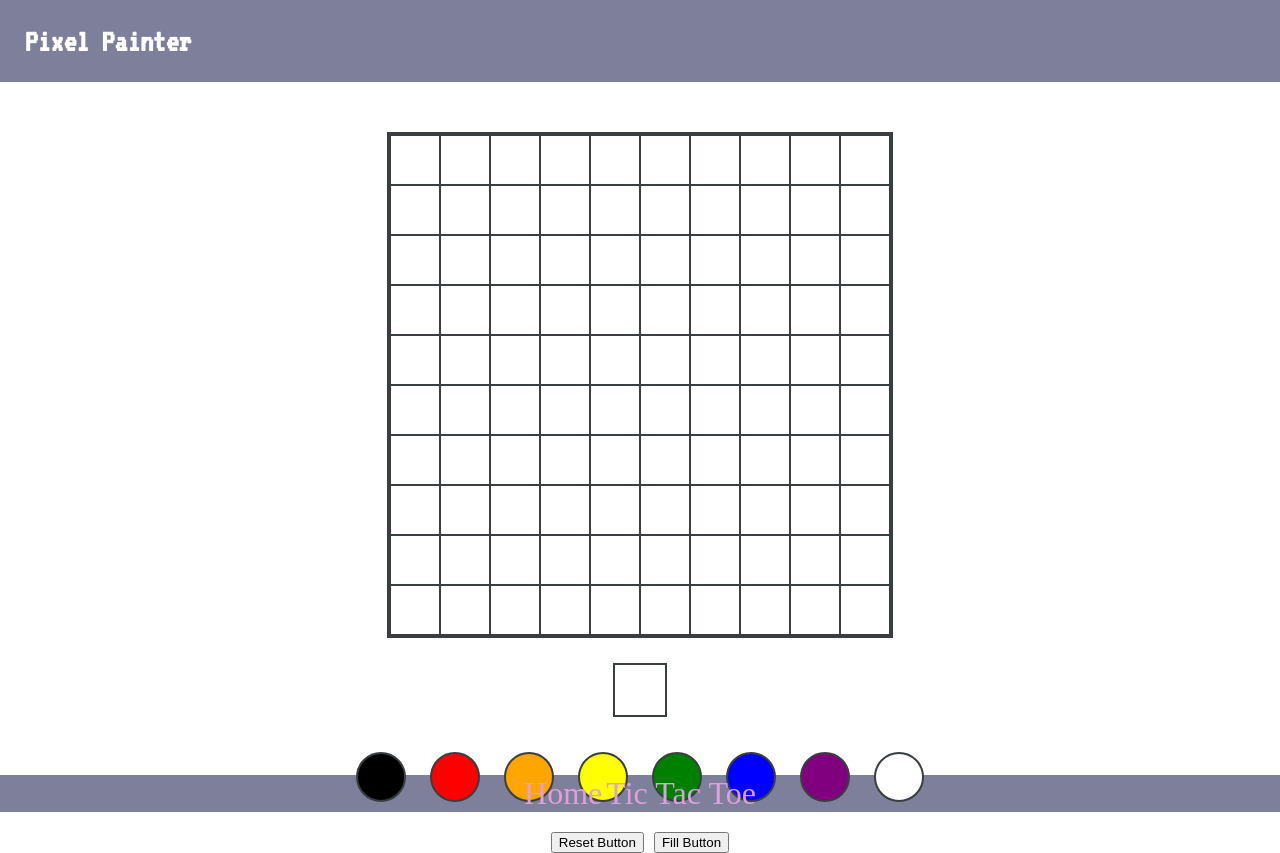
Repository: 10-2-pursuit/lab-events
Page: pixel-painter/index.html
These files come from the project's save history. The page is drawn as it stood at one moment and after the next save; the edit follows.
The browser window is 1280 px wide. The pictures show the whole page.

Above is the page before, as saved 2023-07-08 11:46:13.

After the next save:
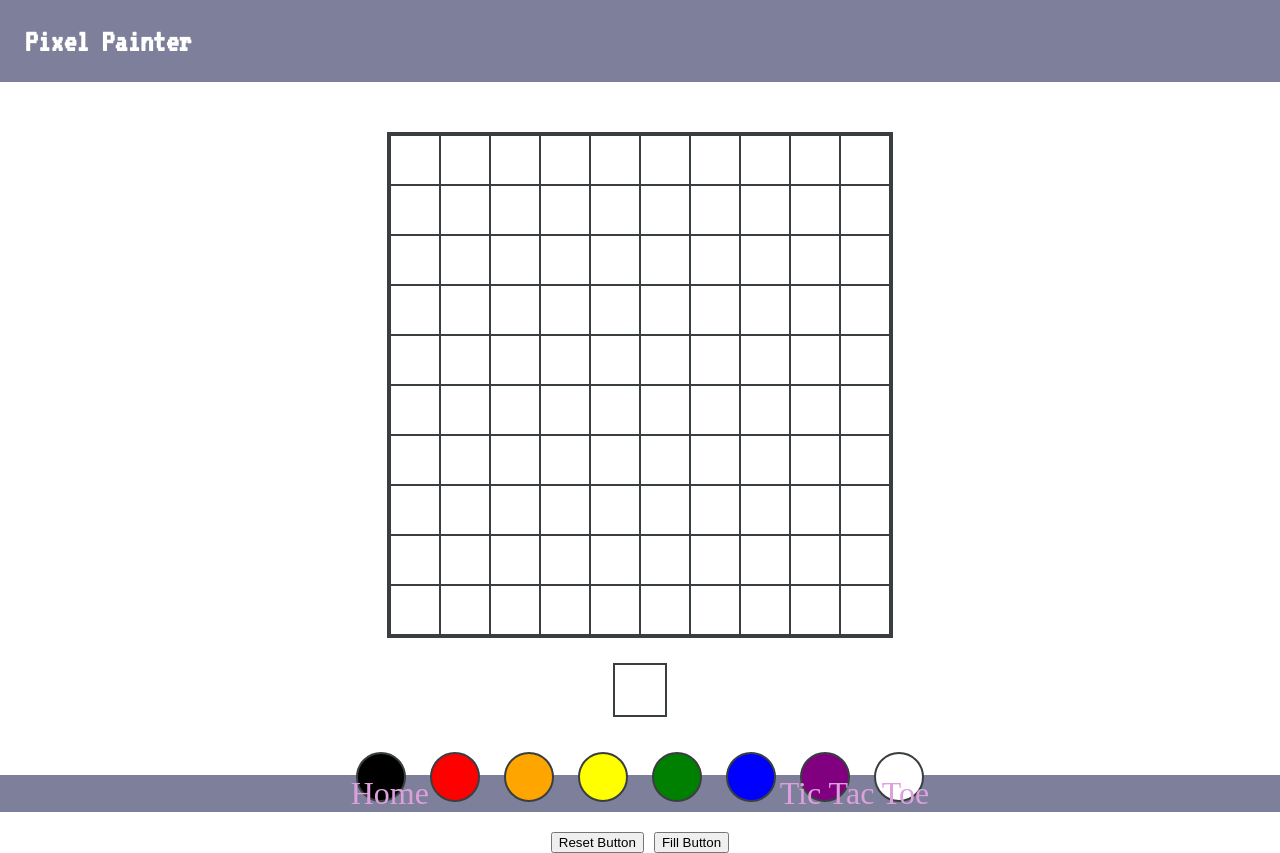
Saved 4 min 28 s later.
--- a/pixel-painter/index.html
+++ b/pixel-painter/index.html
@@ -29,14 +29,10 @@
     <br />
     <footer>
       <nav>
-        <div>
-          <style>
-            .home {
-              padding-right: 2000;
-            }
-
-          </style>
+        <div class="nav">
           <a href="../index.html" class="home">Home</a>
+        </div>
+        <div class="nav">
           <a href="../tic-tac-toe/index.html" class="ticTacToe">Tic Tac Toe</a>
         </div>
       </nav>
